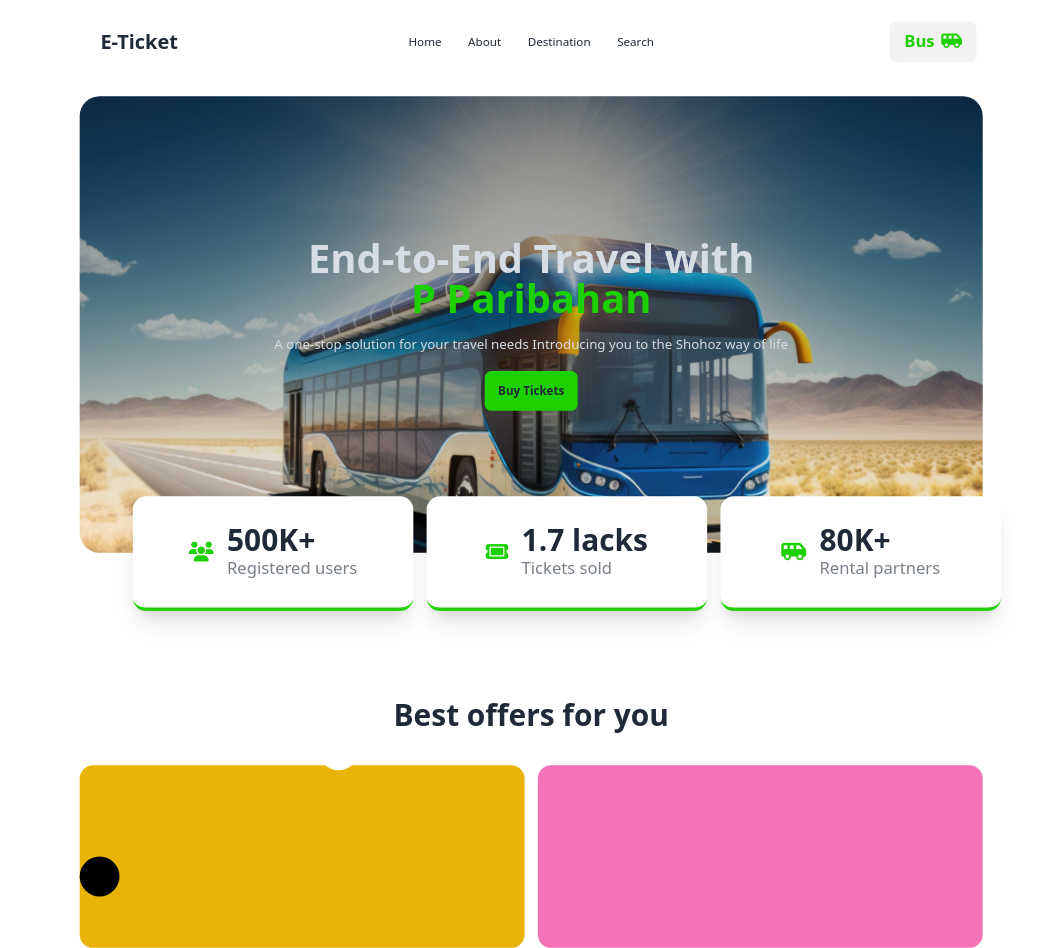
Repository: RudrasahaDibos/Smart-ticketing
Page: index.html
An editor plug-in stored every save of this project. The page is shown before and after a run of saves, followed by the edit.
The browser window is 1280 px wide. The pictures show the whole page, at 83% of full size.
Some web fonts or font styles are not loaded; a fallback is used. Some web libraries are served in a nearby version.

Above is the page before, as saved 2024-11-10 01:16:56.

After the next 3 saves:
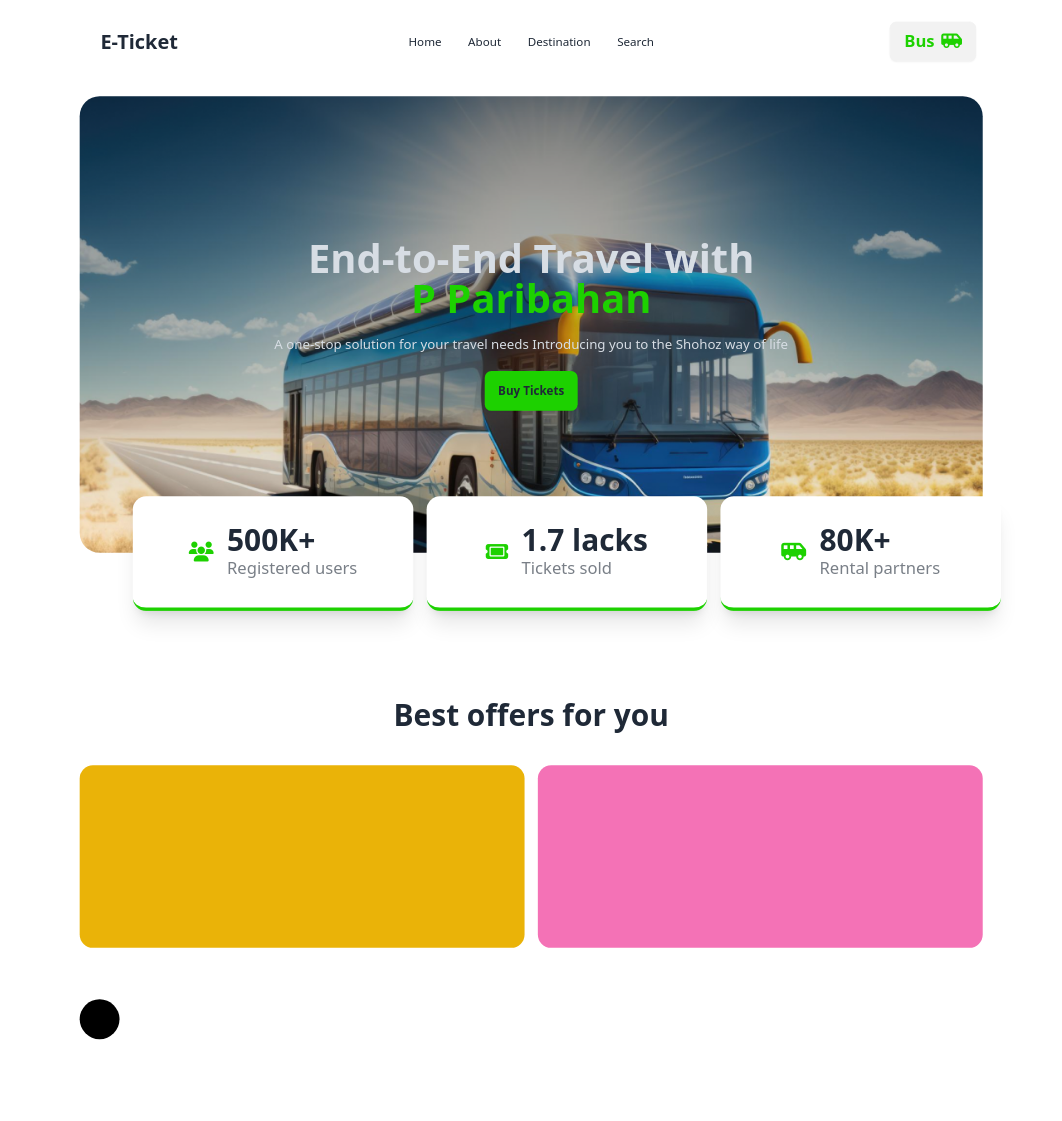
The 3 saves are shown as one change because they came seconds apart.
The last was saved 8 s later.
--- a/index.html
+++ b/index.html
@@ -155,7 +155,7 @@
                                <h1 class="text-4xl font-semibold text-center">Best offers for you</h1>
 
                                 <div class="flex gap-4 mt-10">
-                                    <div class="bg-yellow-500  w-[573px] h-[220px]  rounded-2xl">
+                                    <div class="bg-yellow-500  w-[573px] h-[220px] relative rounded-2xl">
                                                <p class="bg-white w-[48px] h-[48px] absolute mx-auto rounded-full  -bottom-52 ml-72 "></p>
                                                <p class="bg-black w-[48px] h-[48px] absolute mx-auto rounded-full -bottom-2/4  "></p>
                                     </div>
